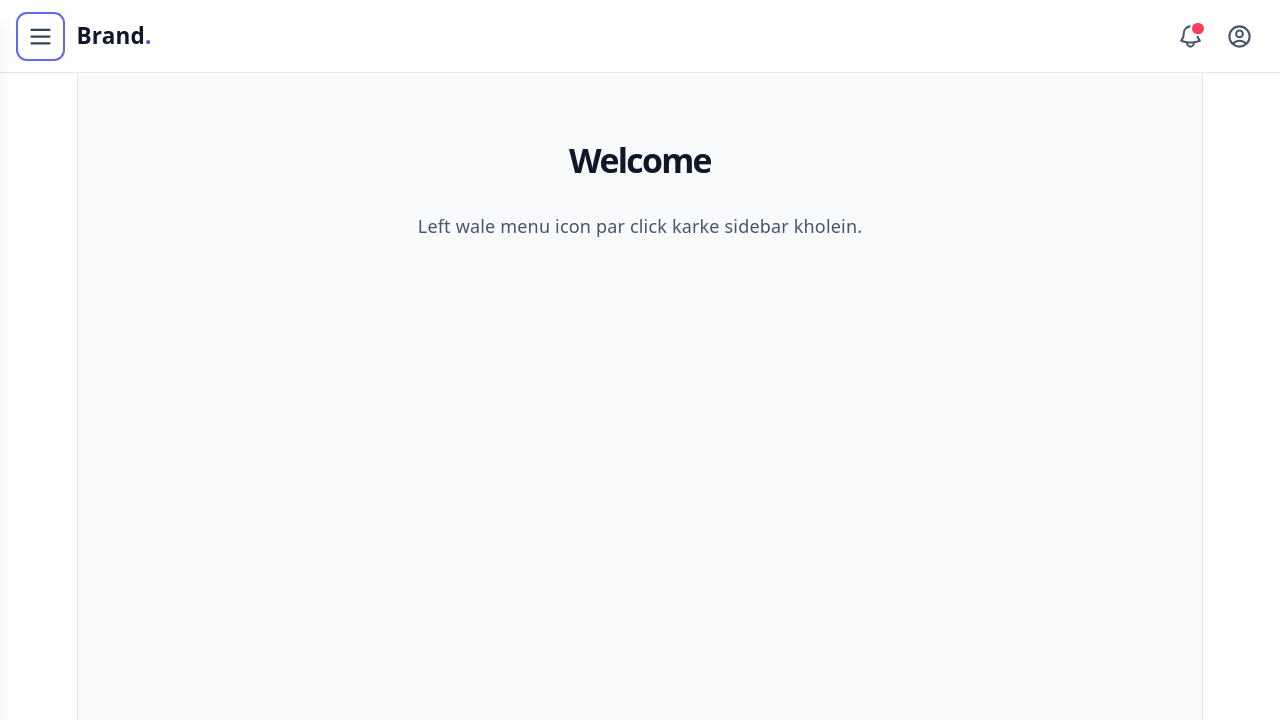
Repository: piyush-2416/Events_Handler
Page: / (app in frontend/)
These files come from the project's save history. The page is drawn as it stood at one moment and after the next save; the edit follows.
The browser window is 1280 px wide. The pictures show the whole page.
Some web libraries are served in a nearby version. The project was rebuilt for these pictures with package versions that can differ from the ones it lists, and the page was loaded fresh each time. Also part of the build but not shown: frontend/vite.config.js.

Above is the page before, as saved 2026-10-06 22:57:43.

### frontend/index.html
<!doctype html>
<html lang="en">
  <head>
    <meta charset="UTF-8" />
    <link rel="icon" type="image/svg+xml" href="/favicon.svg" />
    <meta name="viewport" content="width=device-width, initial-scale=1.0" />
    <title>frontend</title>
  </head>
  <body>
    <div id="root"></div>
        <script src="https://cdn.tailwindcss.com"></script>

    <script type="module" src="/src/main.jsx"></script>
  </body>
</html>

### frontend/src/index.css
:root {
  --text: #6b6375;
  --text-h: #08060d;
  --bg: #fff;
  --border: #e5e4e7;
  --code-bg: #f4f3ec;
  --accent: #aa3bff;
  --accent-bg: rgba(170, 59, 255, 0.1);
  --accent-border: rgba(170, 59, 255, 0.5);
  --social-bg: rgba(244, 243, 236, 0.5);
  --shadow:
    rgba(0, 0, 0, 0.1) 0 10px 15px -3px, rgba(0, 0, 0, 0.05) 0 4px 6px -2px;

  --sans: system-ui, 'Segoe UI', Roboto, sans-serif;
  --heading: system-ui, 'Segoe UI', Roboto, sans-serif;
  --mono: ui-monospace, Consolas, monospace;

  font: 18px/145% var(--sans);
  letter-spacing: 0.18px;
  color-scheme: light dark;
  color: var(--text);
  background: var(--bg);
  font-synthesis: none;
  text-rendering: optimizeLegibility;
  -webkit-font-smoothing: antialiased;
  -moz-osx-font-smoothing: grayscale;

  @media (max-width: 1024px) {
    font-size: 16px;
  }
}

@media (prefers-color-scheme: dark) {
  :root {
    --text: #9ca3af;
    --text-h: #f3f4f6;
    --bg: #16171d;
    --border: #2e303a;
    --code-bg: #1f2028;
    --accent: #c084fc;
    --accent-bg: rgba(192, 132, 252, 0.15);
    --accent-border: rgba(192, 132, 252, 0.5);
    --social-bg: rgba(47, 48, 58, 0.5);
    --shadow:
      rgba(0, 0, 0, 0.4) 0 10px 15px -3px, rgba(0, 0, 0, 0.25) 0 4px 6px -2px;
  }

  #social .button-icon {
    filter: invert(1) brightness(2);
  }
}

body {
  margin: 0;
}

#root {
  width: 1126px;
  max-width: 100%;
  margin: 0 auto;
  text-align: center;
  border-inline: 1px solid var(--border);
  min-height: 100svh;
  display: flex;
  flex-direction: column;
  box-sizing: border-box;
}

h1,
h2 {
  font-family: var(--heading);
  font-weight: 500;
  color: var(--text-h);
}

h1 {
  font-size: 56px;
  letter-spacing: -1.68px;
  margin: 32px 0;
  @media (max-width: 1024px) {
    font-size: 36px;
    margin: 20px 0;
  }
}
h2 {
  font-size: 24px;
  line-height: 118%;
  letter-spacing: -0.24px;
  margin: 0 0 8px;
  @media (max-width: 1024px) {
    font-size: 20px;
  }
}
p {
  margin: 0;
}

code,
.counter {
  font-family: var(--mono);
  display: inline-flex;
  border-radius: 4px;
  color: var(--text-h);
}

code {
  font-size: 15px;
  line-height: 135%;
  padding: 4px 8px;
  background: var(--code-bg);
}

### frontend/src/App.jsx
import { useEffect, useRef, useState } from "react";

const links = [
  { label: "Home", href: "#home" },
  { label: "Products", href: "#products" },
  { label: "Services", href: "#services" },
  { label: "About", href: "#about" },
  { label: "Contact", href: "#contact" },
];

export default function App() {
  const [open, setOpen] = useState(false);
  const sidebarRef = useRef(null);
  const toggleBtnRef = useRef(null);

  // Open hone par focus sidebar par, close hone par wapas button par
  useEffect(() => {
    if (open) {
      sidebarRef.current?.focus();
      document.body.style.overflow = "hidden"; // peeche ka scroll band
    } else {
      document.body.style.overflow = "";
      toggleBtnRef.current?.focus();
    }
    return () => {
      document.body.style.overflow = "";
    };
  }, [open]);

  // Esc dabane par close + Tab sidebar ke andar hi ghumega (focus trap)
  useEffect(() => {
    if (!open) return;
    const onKey = (e) => {
      if (e.key === "Escape") setOpen(false);
      if (e.key === "Tab" && sidebarRef.current) {
        const items = sidebarRef.current.querySelectorAll("a, button");
        if (!items.length) return;
        const first = items[0];
        const last = items[items.length - 1];
        if (e.shiftKey && document.activeElement === first) {
          e.preventDefault();
          last.focus();
        } else if (!e.shiftKey && document.activeElement === last) {
          e.preventDefault();
          first.focus();
        }
      }
    };
    document.addEventListener("keydown", onKey);
    return () => document.removeEventListener("keydown", onKey);
  }, [open]);

  return (
    <>
      {/* NAVBAR */}
      <header className="top-0 z-30 fixed inset-x-0 bg-white/90 backdrop-blur border-slate-200 border-b">
        <nav className="flex justify-between items-center mx-auto px-4 max-w-6xl h-16">
          <div className="flex items-center gap-3">
            <button
              ref={toggleBtnRef}
              onClick={() => setOpen(true)}
              aria-label="Open menu"
              aria-expanded={open}
              aria-controls="sidebar"
              className="hover:bg-slate-100 p-2 rounded-lg focus:outline-none focus-visible:ring-2 focus-visible:ring-indigo-500 text-slate-700"
            >
              <svg className="w-6 h-6" fill="none" stroke="currentColor" strokeWidth="2" viewBox="0 0 24 24">
                <path strokeLinecap="round" d="M4 6h16M4 12h16M4 18h16" />
              </svg>
            </button>
            <a href="#home" className="font-bold text-slate-900 text-xl">
              Brand<span className="text-indigo-600">.</span>
            </a>
          </div>

          {/* Right side: notification bell + user icon */}
          <div className="flex items-center gap-1">
            <button
              aria-label="Notifications"
              className="relative hover:bg-slate-100 p-2 rounded-full focus:outline-none focus-visible:ring-2 focus-visible:ring-indigo-500 text-slate-600"
            >
              <svg className="w-6 h-6" fill="none" stroke="currentColor" strokeWidth="1.8" viewBox="0 0 24 24">
                <path
                  strokeLinecap="round"
                  strokeLinejoin="round"
                  d="M14.857 17.082a23.848 23.848 0 0 0 5.454-1.31A8.967 8.967 0 0 1 18 9.75V9A6 6 0 0 0 6 9v.75a8.967 8.967 0 0 1-2.312 6.022c1.733.64 3.56 1.085 5.455 1.31m5.714 0a24.255 24.255 0 0 1-5.714 0m5.714 0a3 3 0 1 1-5.714 0"
                />
              </svg>
              {/* Unread dot: hatana ho to is span ko delete kar dein */}
              <span className="top-2 right-2 absolute bg-rose-500 rounded-full ring-2 ring-white w-2.5 h-2.5" />
            </button>

            <button
              aria-label="User profile"
              className="hover:bg-slate-100 p-2 rounded-full focus:outline-none focus-visible:ring-2 focus-visible:ring-indigo-500 text-slate-600"
            >
              <svg className="w-6 h-6" fill="none" stroke="currentColor" strokeWidth="1.8" viewBox="0 0 24 24">
                <path
                  strokeLinecap="round"
                  strokeLinejoin="round"
                  d="M17.982 18.725A7.488 7.488 0 0 0 12 15.75a7.488 7.488 0 0 0-5.982 2.975m11.963 0a9 9 0 1 0-11.963 0m11.963 0A8.966 8.966 0 0 1 12 21a8.966 8.966 0 0 1-5.982-2.275M15 9.75a3 3 0 1 1-6 0 3 3 0 0 1 6 0Z"
                />
              </svg>
            </button>
          </div>
        </nav>
      </header>

      {/* OVERLAY */}
      <div
        onClick={() => setOpen(false)}
        aria-hidden="true"
        className={`fixed inset-0 z-40 bg-slate-900/40 transition-opacity duration-300 ${
          open ? "opacity-100" : "pointer-events-none opacity-0"
        }`}
      />

      {/* SIDEBAR */}
      <aside
        id="sidebar"
        ref={sidebarRef}
        tabIndex={-1}
        role="dialog"
        aria-modal="true"
        aria-label="Sidebar menu"
        // inert: close hone par andar ke links tab se bhi focus nahi honge
        {...(!open && { inert: "" })}
        className={`fixed inset-y-0 left-0 z-50 flex w-72 max-w-[85%] flex-col bg-white shadow-xl outline-none transition-transform duration-300 ease-in-out ${
          open ? "translate-x-0" : "-translate-x-full"
        }`}
      >
        <div className="flex justify-between items-center px-4 border-slate-200 border-b h-16">
          <span className="font-bold text-slate-900 text-lg">
            Brand<span className="text-indigo-600">.</span>
          </span>
          <button
            onClick={() => setOpen(false)}
            aria-label="Close menu"
            className="hover:bg-slate-100 p-2 rounded-lg focus:outline-none focus-visible:ring-2 focus-visible:ring-indigo-500 text-slate-600"
          >
            <svg className="w-6 h-6" fill="none" stroke="currentColor" strokeWidth="2" viewBox="0 0 24 24">
              <path strokeLinecap="round" d="M6 6l12 12M18 6L6 18" />
            </svg>
          </button>
        </div>

        <ul className="flex-1 space-y-1 p-3 overflow-y-auto">
          {links.map((l) => (
            <li key={l.href}>
              <a
                href={l.href}
                onClick={() => setOpen(false)}
                className="block hover:bg-indigo-50 focus:bg-indigo-50 px-3 py-2.5 rounded-lg focus:outline-none font-medium text-slate-700 hover:text-indigo-700 focus:text-indigo-700 text-sm"
              >
                {l.label}
              </a>
            </li>
          ))}
        </ul>

        <div className="p-4 border-slate-200 border-t">
          <a
            href="#contact"
            onClick={() => setOpen(false)}
            className="block bg-indigo-600 hover:bg-indigo-700 py-2.5 rounded-lg font-semibold text-white text-sm text-center"
          >
            Get started
          </a>
        </div>
      </aside>

      {/* Demo content (apne page se replace karein) */}
      <main className="bg-slate-50 px-4 pt-24 min-h-screen">
        <div className="mx-auto max-w-6xl">
          <h1 className="font-bold text-slate-900 text-3xl">Welcome</h1>
          <p className="mt-2 text-slate-600">Left wale menu icon par click karke sidebar kholein.</p>
        </div>
      </main>
    </>
  );
}

Loaded but not shown: frontend/src/main.jsx (common file)

After the next save:
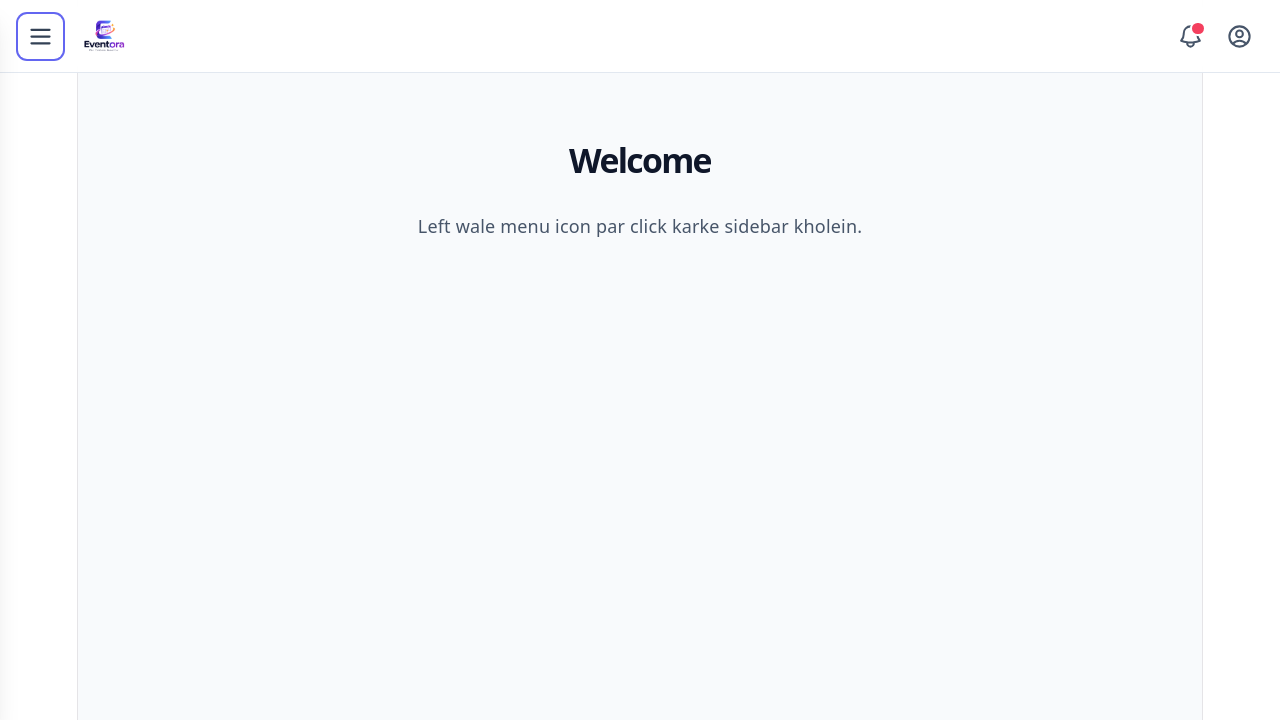
Saved 5 min 14 s later.
--- a/frontend/src/App.jsx
+++ b/frontend/src/App.jsx
@@ -68,8 +68,12 @@ export default function App() {
                 <path strokeLinecap="round" d="M4 6h16M4 12h16M4 18h16" />
               </svg>
             </button>
-            <a href="#home" className="font-bold text-slate-900 text-xl">
-              Brand<span className="text-indigo-600">.</span>
+            <a href="#home" className="flex items-center">
+              <img
+                src="/Even_handler_Logo.png"
+                alt="Eventora logo"
+                className="w-auto h-12 object-contain"
+              />
             </a>
           </div>
 
@@ -130,9 +134,11 @@ export default function App() {
         }`}
       >
         <div className="flex justify-between items-center px-4 border-slate-200 border-b h-16">
-          <span className="font-bold text-slate-900 text-lg">
-            Brand<span className="text-indigo-600">.</span>
-          </span>
+          <img
+            src="/Even_handler_Logo.png"
+            alt="Eventora logo"
+            className="w-auto h-12 object-contain"
+          />
           <button
             onClick={() => setOpen(false)}
             aria-label="Close menu"
